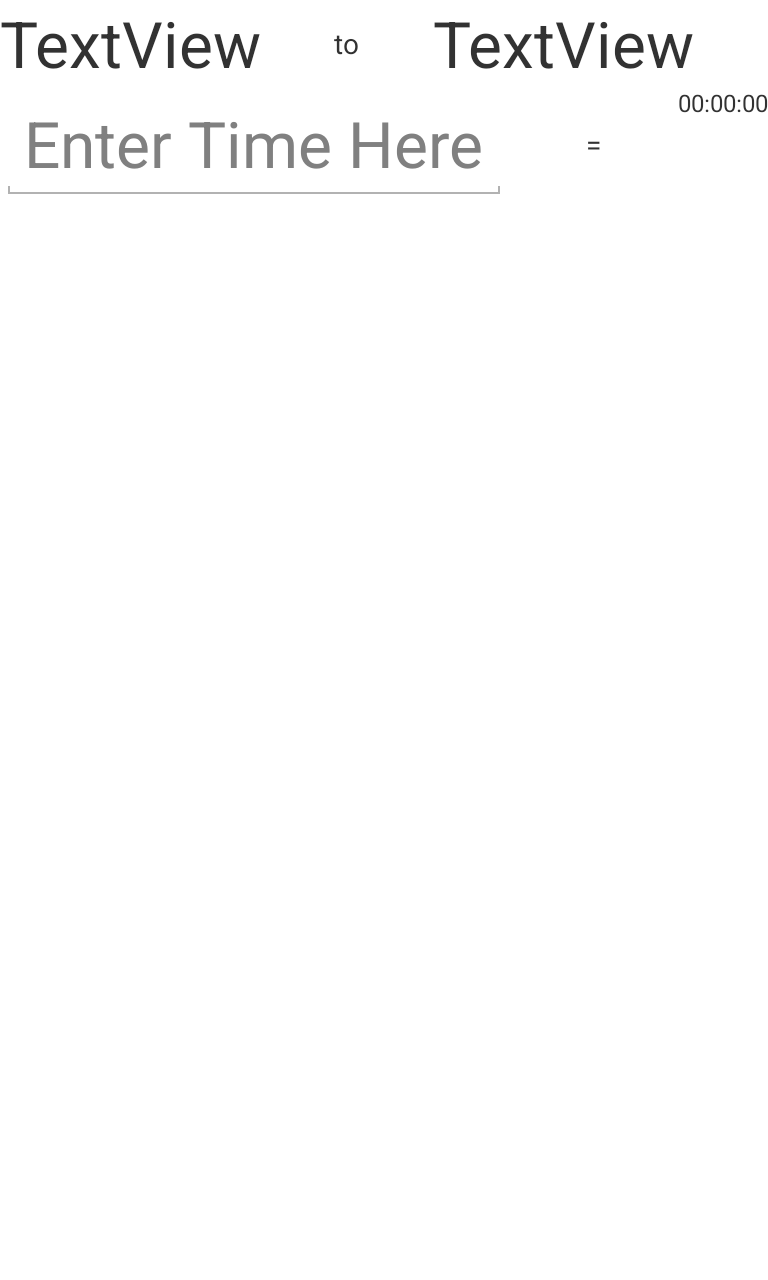
Repository: downinew/AndroidCoachesRaceTimer
Layout: CoachesRaceTimer/res/layout/convert_dialog.xml
These files come from the project's save history. The layout is drawn as it stood at one moment and after the next save; the edit follows.
It is drawn on a 768 x 1280 px phone screen (xhdpi) without system bars, with theme AppTheme; the app's code is not run.

Above is the layout before, as saved 2015-02-19 02:24:47.

### CoachesRaceTimer/res/layout/convert_dialog.xml
<?xml version="1.0" encoding="utf-8"?>
<LinearLayout xmlns:android="http://schemas.android.com/apk/res/android"
    android:layout_width="match_parent"
    android:layout_height="match_parent"
    android:orientation="vertical" >

    <LinearLayout
        android:layout_width="match_parent"
        android:layout_height="wrap_content"
        android:orientation="horizontal">

        <TextView
            android:id="@+id/convertItem1"
            android:layout_width="wrap_content"
            android:layout_gravity="start"
            android:layout_weight="1"
            android:textSize="32sp"
            android:layout_height="wrap_content"
            android:text="TextView" />

        <TextView
            android:id="@+id/toText"
            android:layout_width="wrap_content"
            android:layout_weight="1"
            android:layout_gravity="center"
            android:layout_height="wrap_content"
            android:text="to" />

        <TextView
            android:id="@+id/convertItem2"
            android:layout_width="wrap_content"
            android:layout_gravity="end"
            android:layout_weight="1"
            android:textSize="32sp"
            android:layout_height="wrap_content"
            android:text="TextView" />

    </LinearLayout>
    <LinearLayout
        android:layout_width="match_parent"
        android:layout_height="wrap_content"
        android:orientation="horizontal">

        <EditText
            android:id="@+id/convertTime1"
            android:layout_width="wrap_content"
            android:layout_height="wrap_content"
            android:layout_gravity="start"
            android:hint="Enter Time Here"
            android:textSize="32sp" />

        <TextView
            android:id="@+id/equalText"
            android:layout_width="wrap_content"
            android:layout_height="wrap_content"
            android:layout_gravity="center"
            android:layout_weight="0.22"
            android:gravity="center"
            android:text="=" />

        <TextView
            android:id="@+id/convertTime2"
            android:layout_width="wrap_content"
            android:layout_height="wrap_content"
            android:layout_gravity="end"
            android:text="00:00:00"
            android:textSize="12sp" />

    </LinearLayout>




</LinearLayout>

Loaded but not shown: CoachesRaceTimer/res/values/styles.xml (common file); CoachesRaceTimer/res/values-v11/styles.xml (common file); CoachesRaceTimer/res/values-v14/styles.xml (common file)

After the next save:
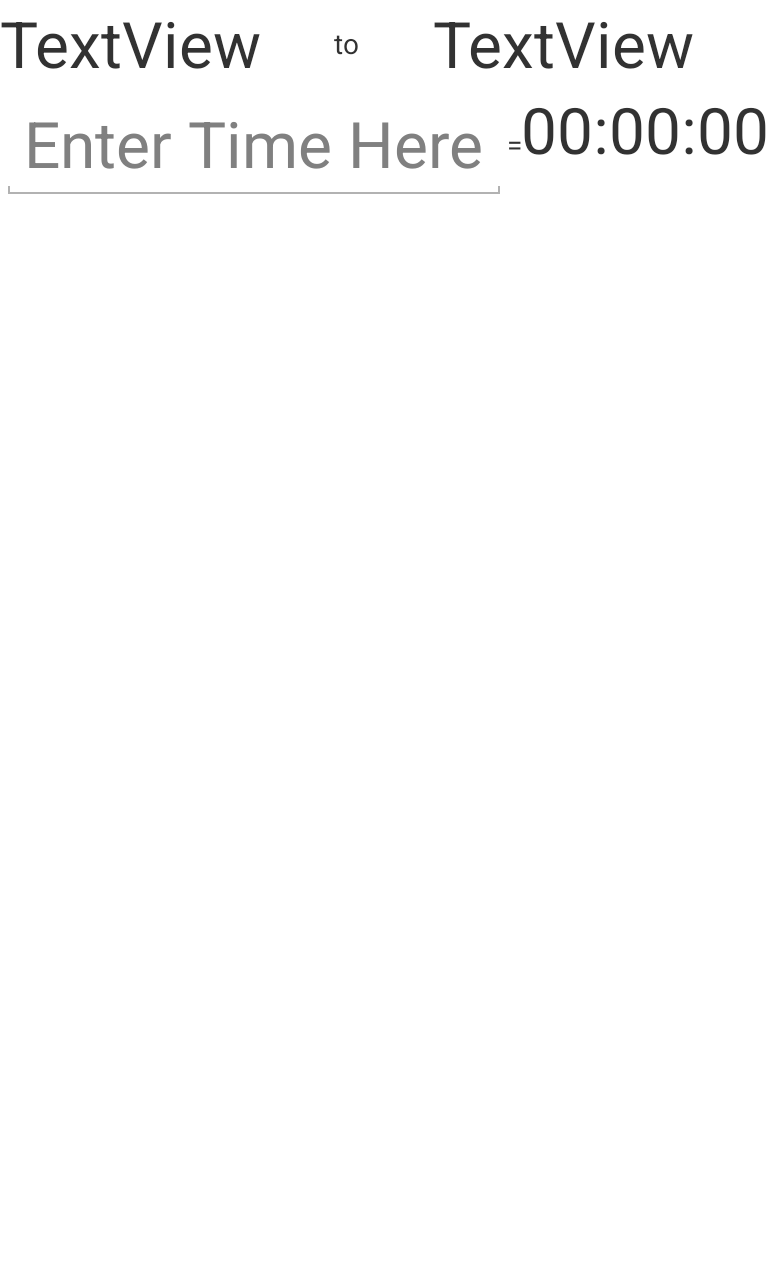
Saved 6 s later.
--- a/CoachesRaceTimer/res/layout/convert_dialog.xml
+++ b/CoachesRaceTimer/res/layout/convert_dialog.xml
@@ -64,7 +64,7 @@
             android:layout_height="wrap_content"
             android:layout_gravity="end"
             android:text="00:00:00"
-            android:textSize="12sp" />
+            android:textSize="32sp" />
 
     </LinearLayout>
 
